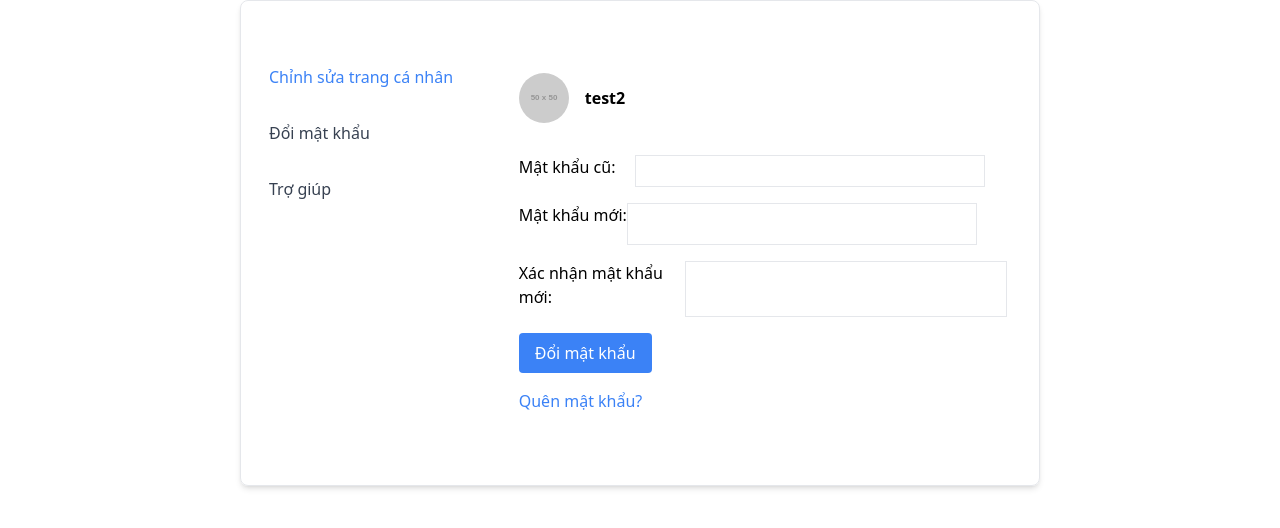
Repository: DangNgocDuong250903/2425_CS445AC_NHOM1
Page: /changepassword (app in social_fe/)
An editor plug-in stored every save of this project. The page is shown before and after a run of saves, followed by the edit.
The browser window is 1280 px wide. The pictures show the whole page.
The project was rebuilt for these pictures with package versions that can differ from the ones it lists, and the page was loaded fresh each time. Also part of the build but not shown: social_fe/vite.config.js, social_fe/src/components/Button/index.jsx, social_fe/src/assets/index.js, social_fe/src/components/FriendCard/index.jsx, social_fe/src/components/Loading/index.jsx, social_fe/src/components/PostCard/index.jsx, social_fe/src/components/ProfileCard/index.jsx, social_fe/src/components/TextInput/index.jsx and 9 more.

Above is the page before, as saved 2024-11-05 16:46:59.

### social_fe/index.html
<!DOCTYPE html>
<html lang="en">
  <head>
    <meta charset="UTF-8" />
    <link rel="icon" type="image/svg+xml" href="/public/logo.svg" />
    <meta name="viewport" content="width=device-width, initial-scale=1.0" />
    <title>LinkVerse</title>
  </head>
  <body>
    <div id="root"></div>
    <script type="module" src="/src/main.jsx"></script>
  </body>
</html>

### social_fe/src/main.jsx
import { StrictMode } from "react";
import { createRoot } from "react-dom/client";
import App from "./App.jsx";
import "./index.css";
import { store } from "./redux/store.js";
import { Provider } from "react-redux";
import { BrowserRouter } from "react-router-dom";

createRoot(document.getElementById("root")).render(
  <StrictMode>
    <Provider store={store}>
      <BrowserRouter>
        <App />
      </BrowserRouter>
    </Provider>
  </StrictMode>,
);

### social_fe/src/App.jsx
import { Outlet, Navigate, Route, Routes, useLocation } from "react-router-dom";
import {
  Home,
  Profile,
  Register,
  Login,
  ResetPassword,
  NotFound,
} from "./pages";
import { useSelector } from "react-redux";
import UpdateUser from "./pages/ProfilePage/updateUser";
import ChangePassword from "./pages/ProfilePage/ChangePassword";

const Layout = () => {
  const { user } = useSelector((state) => state.user);
  const location = useLocation();

  return user?.token ? (
    <Outlet />
  ) : (
    <Navigate to="/login" state={{ from: location }} replace />
  );
};

function App() {
  const { theme } = useSelector((state) => state.theme);

  return (
    <div data-theme={theme} className="w-full min-h-[100vh]">
      <Routes>
        <Route element={<Layout />}>
          <Route path="/" element={<Home />} />
          <Route path="/profile" element={<Profile />} />
          <Route path="/update_user" element={<UpdateUser />} />
          <Route path="/changepassword" element={<ChangePassword />} />




        </Route>

        <Route path="/register" element={<Register />} />
        <Route path="/login" element={<Login />} />
        <Route path="/reset-password" element={<ResetPassword />} />
        <Route path="*" element={<NotFound />} />
      </Routes>
    </div>
  );
}

export default App;

### social_fe/src/index.css
@tailwind base;
@tailwind components;
@tailwind utilities;

::-webkit-scrollbar {
    display: none;
     -ms-overflow-style: none;  /* IE and Edge */
    scrollbar-width: none;
  }

  .topbar{
  position: sticky;
  top: 0px;
  z-index: 49;
  }


  .dots-container {
    display: flex;
    align-items: center;
    justify-content: center;
    height: 100%;
    width: 100%;
    margin-bottom: 5px;
  }

  .dot {
    height: 12px;
    width: 12px;
    margin-right: 10px;
    border-radius: 10px;
    background-color: #fff;
    animation: pulse 1.5s infinite ease-in-out;
  }

  .dot:last-child {
    margin-right: 0;
  }

  .dot:nth-child(1) {
    animation-delay: -0.3s;
  }

  .dot:nth-child(2) {
    animation-delay: -0.1s;
  }

  .dot:nth-child(3) {
    animation-delay: 0.1s;
  }

  @keyframes pulse {
    0% {
      transform: scale(0.8);
      background-color: #b3d4fc;
      box-shadow: 0 0 0 0 rgba(178, 212, 252, 0.7);
    }

    50% {
      transform: scale(1.2);
      background-color: #4b79e4;
      box-shadow: 0 0 0 10px rgba(178, 212, 252, 0);
    }

    100% {
      transform: scale(0.8);
      background-color: #2584f8;
      box-shadow: 0 0 0 0 rgba(178, 212, 252, 0.7);
    }
  }

  @layer base {
    :root {
      --color-bg: 227 227 227;
      --color-primary: 255 255 255;
      --color-secondary:255 255 255;
      --color-ascent1: 0 0 0;
      --color-ascent2: 89 91 100;
      --color-blue: 6 90 216;
      --color-white: 255 255 255;

    }
    /* //15 23 42  21 30 49*/
    [data-theme="dark"] {
       --color-bg: 12 12 12;
       --color-primary: 31 31 31;
      --color-secondary: 47 45 48;
      --color-ascent1: 255 255 255;
      --color-ascent2: 164 161 162;
      --color-blue: 6 90 216;
      /* //16 176 255; */
      --color-white: 255 255 255;
    }
  }

### social_fe/src/redux/store.js
import { configureStore } from "@reduxjs/toolkit";

import { rootReducer } from "./reducer";

const store = configureStore({
  reducer: rootReducer,
});

const { dispatch } = store;

export { store, dispatch };

### social_fe/src/pages/index.js
import Home from "./HomePage";
import Login from "./LoginPage";
import NotFound from "./NotFoundPage";
import Profile from "./ProfilePage";
import Register from "./RegisterPage";
import ResetPassword from "./ResetPasswordPage";

export { Home, Login, NotFound, Profile, Register, ResetPassword };

### social_fe/src/pages/ProfilePage/ChangePassword.jsx
import React, { useState } from 'react';
import { Link, useNavigate } from 'react-router-dom';

const ChangePassword = () => {
    const [selectedLink, setSelectedLink] = useState(1);
    const navigate = useNavigate()
    const handleLinkClick = (linkIndex) => {
        setSelectedLink(linkIndex);
    };
    return (
        <div className="flex w-[800px] mx-auto pt-10 pb-10 border border-gray-200 shadow-md rounded-lg">
            <div className="w-1/3 p-4 bg-white rounded-md ">
                <ul className="flex flex-col ">

                    <Link
                        to="/update_user"
                        onClick={() => handleLinkClick(1)}
                        className={`mb-4 font-medium hover:bg-gray-200 px-3 py-2 rounded-lg ${selectedLink === 1 ? 'text-blue-500' : 'text-gray-700'}`}
                    >
                        Chỉnh sửa trang cá nhân
                    </Link>


                    <Link
                        to="/changepassword"
                        onClick={() => handleLinkClick(2)}
                        className={`mb-4 font-medium hover:bg-gray-200 px-3 py-2 rounded-lg ${selectedLink === 2 ? 'text-blue-500' : 'text-gray-700'}`}
                    >
                        Đổi mật khẩu
                    </Link>

                    <Link

                        onClick={() => handleLinkClick(3)}
                        className={`mb-4 font-medium hover:bg-gray-200 px-3 py-2 rounded-lg ${selectedLink === 3 ? 'text-blue-500' : 'text-gray-700'}`}
                    >
                        Trợ giúp
                    </Link>
                </ul>
            </div>
            <div className="w-3/4 p-8">
                <div className="flex items-center mb-8">
                    <img src="https://placehold.co/50x50" alt="User avatar" className="mr-4 rounded-full" />
                    <span className="font-bold">test2</span>
                </div>
                <div className="flex gap-5 mb-4 ">
                    <label className="mb-2 ">Mật khẩu cũ:</label>
                    <input type="password" className="w-[350px] px-2  border" />
                </div>
                <div className="flex mb-4 ju">
                    <label className="block mb-2">Mật khẩu mới:</label>
                    <input type="password" className="p-2 w-[350px] px-2  border " />
                </div>
                <div className="flex mb-4">
                    <label className="block mb-2">Xác nhận mật khẩu mới:</label>
                    <input type="password" className="p-2 w-[350px] px-2  border " />
                </div>
                <button className="px-4 py-2 text-white bg-blue-500 rounded">Đổi mật khẩu</button>
                <div className="mt-4">
                    <a href="#" className="text-blue-500">Quên mật khẩu?</a>
                </div>
            </div>
        </div>
    );
};

export default ChangePassword;

### social_fe/src/redux/reducer.js
import { combineReducers } from "@reduxjs/toolkit";

import postSlice from "./Slices/postSlice";
import themeSlice from "./Slices/theme";
import userSlice from "./Slices/userSlice";

const rootReducer = combineReducers({
  user: userSlice,
  theme: themeSlice,
  posts: postSlice,
});

export { rootReducer };

### social_fe/src/redux/Slices/postSlice.js
import { createSlice } from "@reduxjs/toolkit";

const initialState = {
  posts: {},
};

const postSlice = createSlice({
  name: "post",
  initialState,
  reducers: {
    getPosts(state, action) {
      state.posts = action.payload;
    },
  },
});

export default postSlice.reducer;

export function SetPosts(post) {
  return (dispatch) => {
    dispatch(postSlice.actions.getPosts(post));
  };
}

### social_fe/src/redux/Slices/theme.js
import { createSlice } from "@reduxjs/toolkit";

const initialState = {
  theme: JSON.parse(window?.localStorage.getItem("theme")) ?? "dark",
};

const themeSlice = createSlice({
  name: "theme",
  initialState,
  reducers: {
    setTheme(state, action) {
      state.theme = action.payload;
      localStorage.setItem("theme", JSON.stringify(action.payload));
    },
  },
});

export default themeSlice.reducer;

export function SetTheme(value) {
  return (dispatch) => {
    dispatch(themeSlice.actions.setTheme(value));
  };
}

### social_fe/src/redux/Slices/userSlice.js
import { createSlice } from "@reduxjs/toolkit";

import { user } from "../../assets/data";

const initialState = {
  user: JSON.parse(window?.localStorage.getItem("user")) ?? user,
  edit: false,
};

const userSlice = createSlice({
  name: "user",
  initialState,
  reducers: {
    login(state, action) {
      state.user = action.payload;
      localStorage.setItem("user", JSON.stringify(action.payload));
    },
    logout(state) {
      state.user = null;
      localStorage?.removeItem("user");
    },
    updateProfile(state, action) {
      state.edit = action.payload;
    },
  },
});
export default userSlice.reducer;

export function UserLogin(user) {
  return (dispatch) => {
    dispatch(userSlice.actions.login(user));
  };
}

export function Logout() {
  return (dispatch) => {
    dispatch(userSlice.actions.logout());
  };
}

export function UpdateProfile(val) {
  return (dispatch) => {
    dispatch(userSlice.actions.updateProfile(val));
  };
}

### social_fe/tailwind.config.js
/** @type {import('tailwindcss').Config} */
export default {
  content: [
    "./index.html",
    "./src/**/*.{js,ts,jsx,tsx}",
  ],
  theme: {
    extend: {
      colors: {
        bgColor: "rgb(var(--color-bg) / <alpha-value>)",
        primary: "rgb(var(--color-primary) / <alpha-value>)",
        secondary: "rgb(var(--color-secondary) / <alpha-value>)",
        customBlue: "rgb(var(--color-blue) / <alpha-value>)",
        white: "rgb(var(--color-white) / <alpha-value>)",
        ascent: {
          1: "rgb(var(--colorgit-ascent1) / <alpha-value>)",
          2: "rgb(var(--color-ascent2) / <alpha-value>)",
        },
      },
      screens: {
        sm: "640px",

        md: "768px",

        lg: "1024px",

        xl: "1280px",

        "2xl": "1536px",
      },
      extend: {
      },
    },
    plugins: [],
  }
}

Loaded but not shown: social_fe/src/assets/data.js (508 lines, source omitted)

After the next 2 saves:
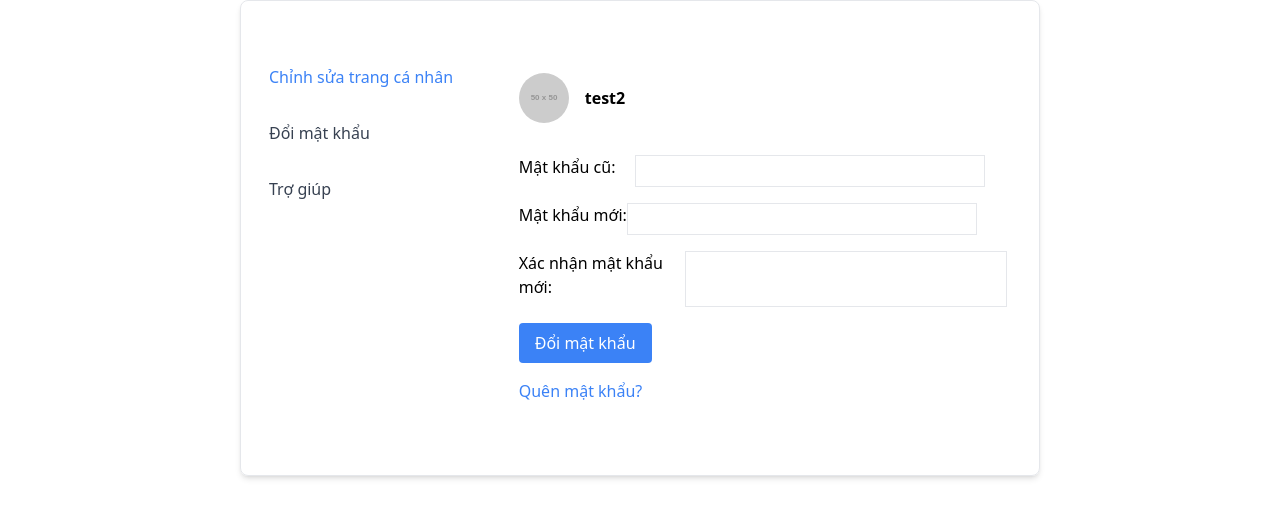
The 2 saves are shown as one change because they came seconds apart.
The last was saved 8 s later.
--- a/social_fe/src/pages/ProfilePage/ChangePassword.jsx
+++ b/social_fe/src/pages/ProfilePage/ChangePassword.jsx
@@ -49,11 +49,11 @@ const ChangePassword = () => {
                 </div>
                 <div className="flex mb-4 ju">
                     <label className="block mb-2">Mật khẩu mới:</label>
-                    <input type="password" className="p-2 w-[350px] px-2  border " />
+                    <input type="password" className=" w-[350px] px-2  border " />
                 </div>
                 <div className="flex mb-4">
                     <label className="block mb-2">Xác nhận mật khẩu mới:</label>
-                    <input type="password" className="p-2 w-[350px] px-2  border " />
+                    <input type="password" className=" w-[350px] px-2  border " />
                 </div>
                 <button className="px-4 py-2 text-white bg-blue-500 rounded">Đổi mật khẩu</button>
                 <div className="mt-4">
